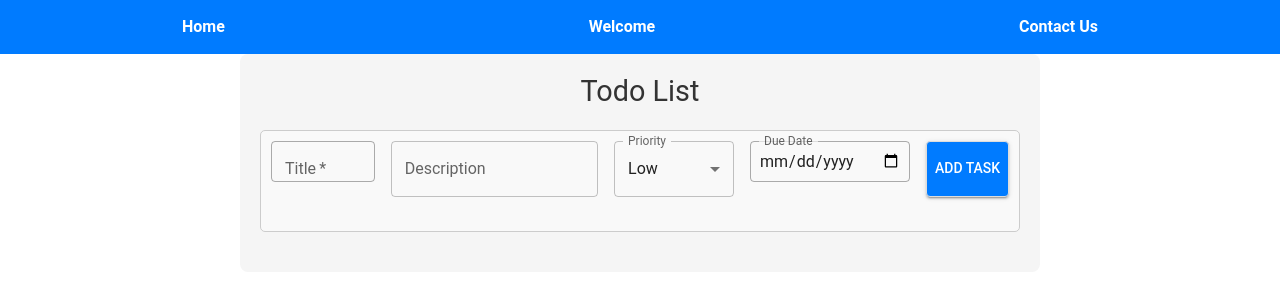
Repository: HPNChanel/Todo-List-Web-App
Page: / (app in frontend/todolist/)
An editor plug-in stored every save of this project. The page is shown before and after the next save, followed by the edit.
The browser window is 1280 px wide. The pictures show the whole page.
The page's requests for data from a server got no answer. The project was rebuilt for these pictures with package versions that can differ from the ones it lists, and the page was loaded fresh each time. No one was signed in, and anything a server would have sent is missing. Also part of the build but not shown: frontend/todolist/src/styles/TaskItem.css, frontend/todolist/src/components/TaskItem.js, frontend/todolist/src/styles/WelcomePage.css, frontend/todolist/src/pages/WelcomePage.js. Imported but missing from the stored project, and not drawn on this page: frontend/todolist/src/components/ContactUs.

Above is the page before, as saved 2024-11-05 09:26:07.

After the next save:
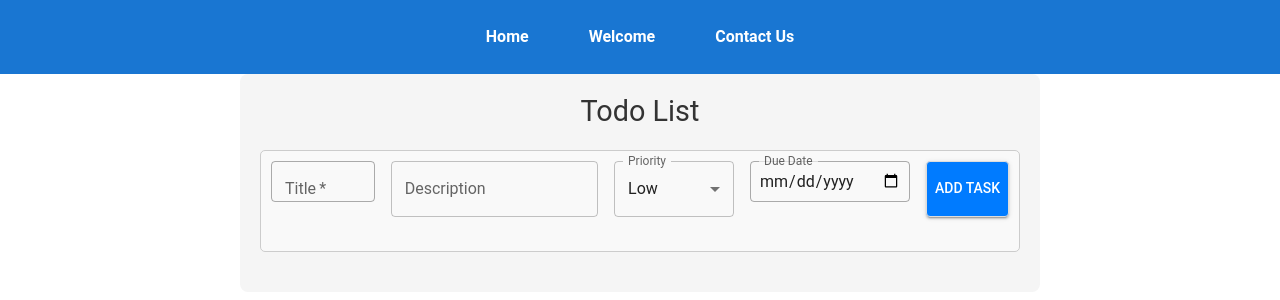
Saved 110 s later.
--- a/frontend/todolist/src/styles/NavBar.css
+++ b/frontend/todolist/src/styles/NavBar.css
@@ -1,8 +1,9 @@
 .nav-bar {
   display: flex;
-  justify-content: space-around;
-  padding: 10px 0;
-  background-color: #007bff;
+  justify-content: center;
+  gap: 20px;
+  padding: 15px 0;
+  background-color: #1976d2;
   color: white;
 }
 
@@ -10,8 +11,9 @@
   color: white;
   text-decoration: none;
   font-weight: bold;
-  padding: 5px 10px;
-  border-radius: 4px;
+  padding: 10px 20px;
+  border-radius: 5px;
+  transition: background-color 0.3s ease;
 }
 
 .nav-bar a:hover {
